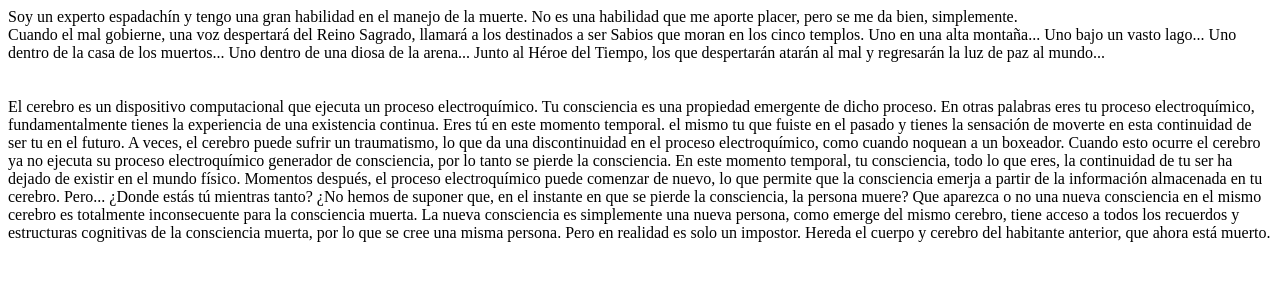
Repository: JesusSePe/M06
Page: jQuery/ej3.html
An editor plug-in stored every save of this project. The page is shown before and after the next save, followed by the edit.
The browser window is 1280 px wide. The pictures show the whole page.

Above is the page before, as saved 2021-01-28 18:47:27.

After the next save:
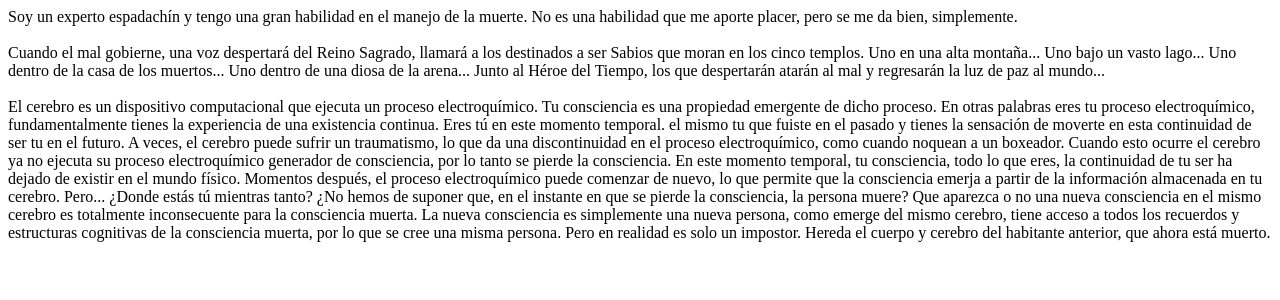
Saved 4 min 27 s later.
--- a/jQuery/ej3.js
+++ b/jQuery/ej3.js
@@ -3,6 +3,6 @@ $(document).ready(function () {
 });
 
 function addSpaces() {
-    $('#segundo').after("<br>");
+    $('#segundo').before("<br>");
     $('#segundo').after("<br>");
 }
